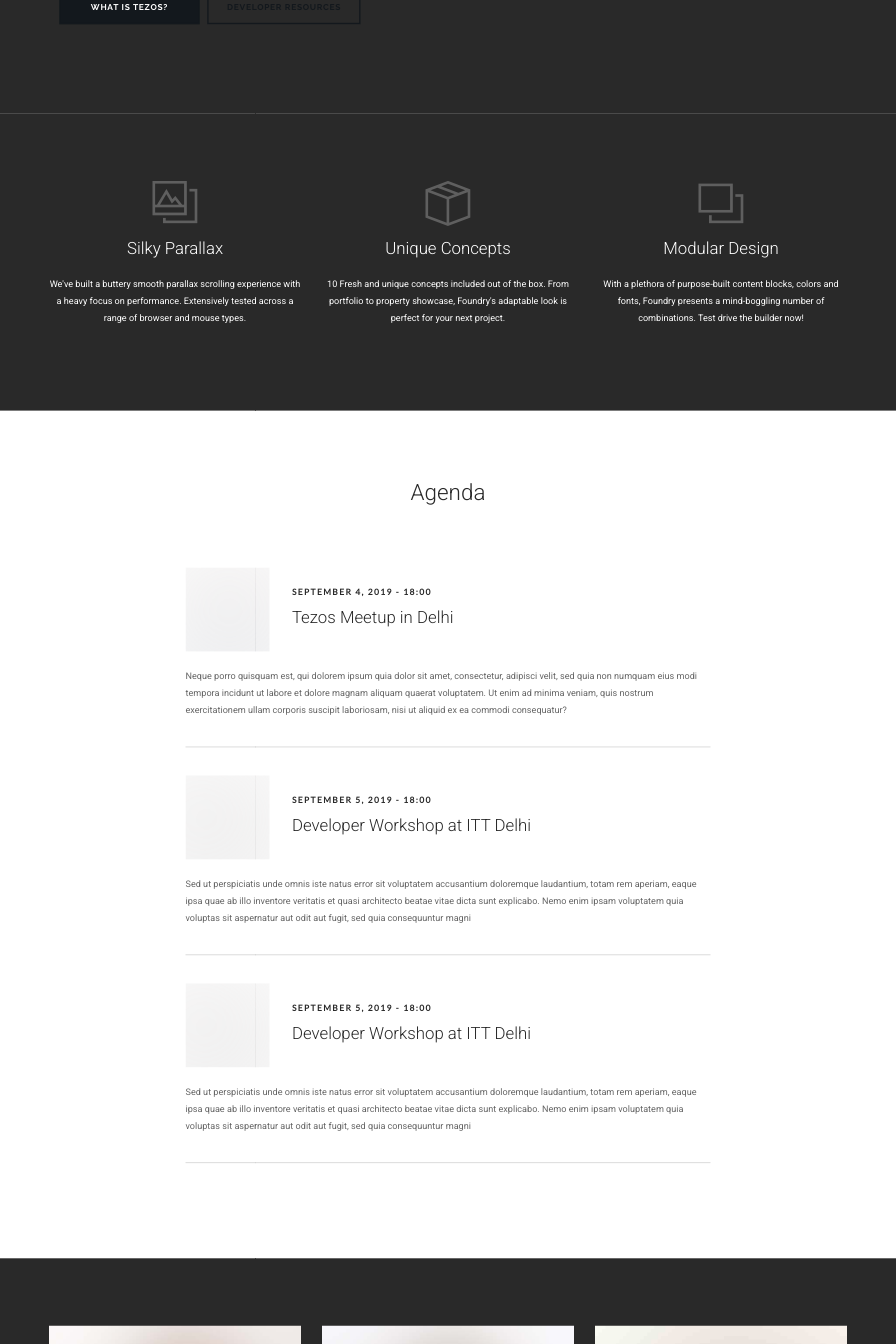
Repository: Tezos-India-Foundation/TIF-Website
Page: Tezos India Website/page.html
An editor plug-in stored every save of this project. The page is shown before and after the next save, followed by the edit.
The browser window is 1280 px wide. The pictures show the part of the page from y = 782 to 2702 px (the page is 3644 px tall before and 3636 px after), at 70% of full size.

Above is the page before, as saved 2019-08-06 16:00:36.

After the next save:
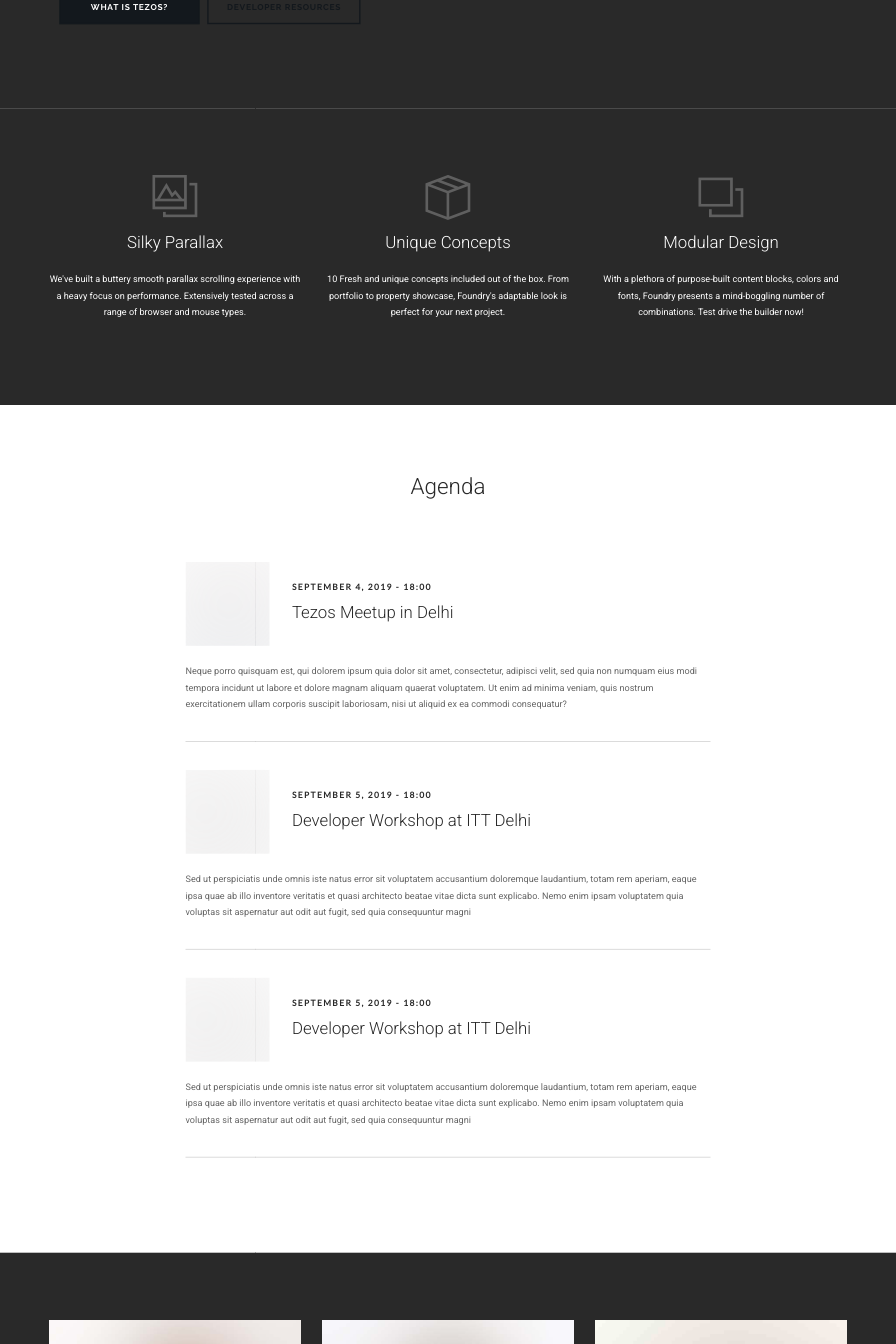
Saved 45 s later.
--- a/Tezos India Website/page.html
+++ b/Tezos India Website/page.html
@@ -194,8 +194,8 @@
 				</div>
 
 				<div class="col-md-10">
-						<a class="btn btn-lg mb32 mt-xs-40 btn-filled" href="#">What is Tezos?</a>
-						<a class="btn btn-lg mb32 mt-xs-40" href="#">Developer Resources</a>
+						<a class="btn btn-lg btn-filled" href="#">What is Tezos?</a>
+						<a class="btn btn-lg" href="#">Developer Resources</a>
 					</div>
 
 
